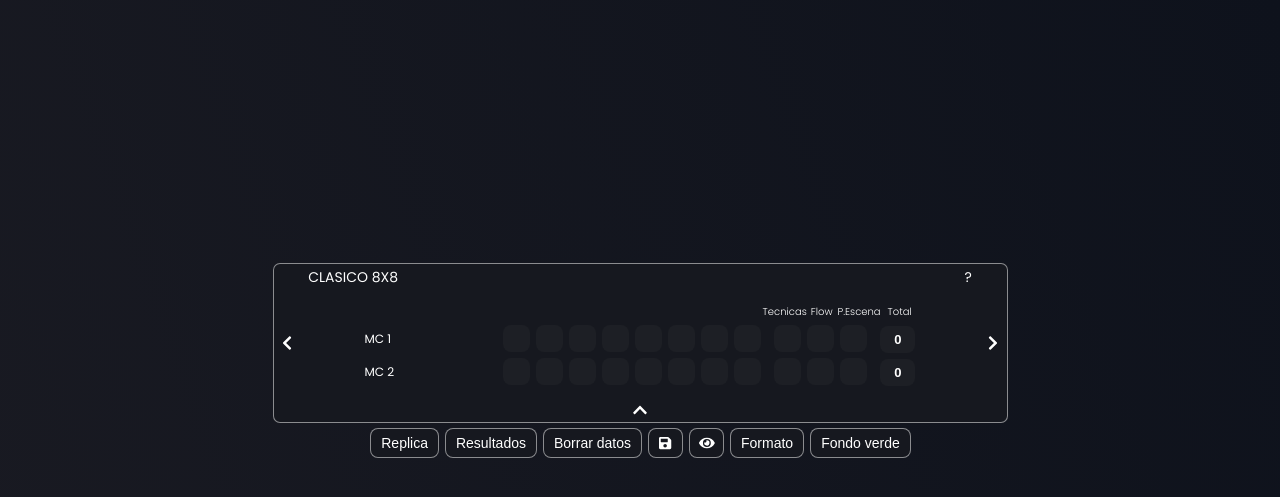
Repository: ezegonzalez912/fmsvotacion2
Page: /vote-window
An editor plug-in stored every save of this project. The page is shown before and after the next save, followed by the edit.
The browser window is 1280 px wide. The pictures show the whole page.
The page's requests for data from a server got no answer. The project was rebuilt for these pictures with package versions that can differ from the ones it lists, and the page was loaded fresh each time. No one was signed in, and anything a server would have sent is missing. Also part of the build but not shown: src/components/NavBar.js, src/components/Curve.js, src/components/screens/AboutScreen.js, src/components/Error.js, src/components/Apoya.js, src/components/screens/MainScreen.js, src/helpers/palabras.js, src/hooks/useWords.js and 23 more.

Above is the page before, as saved 2021-08-17 19:50:38.

After the next save:
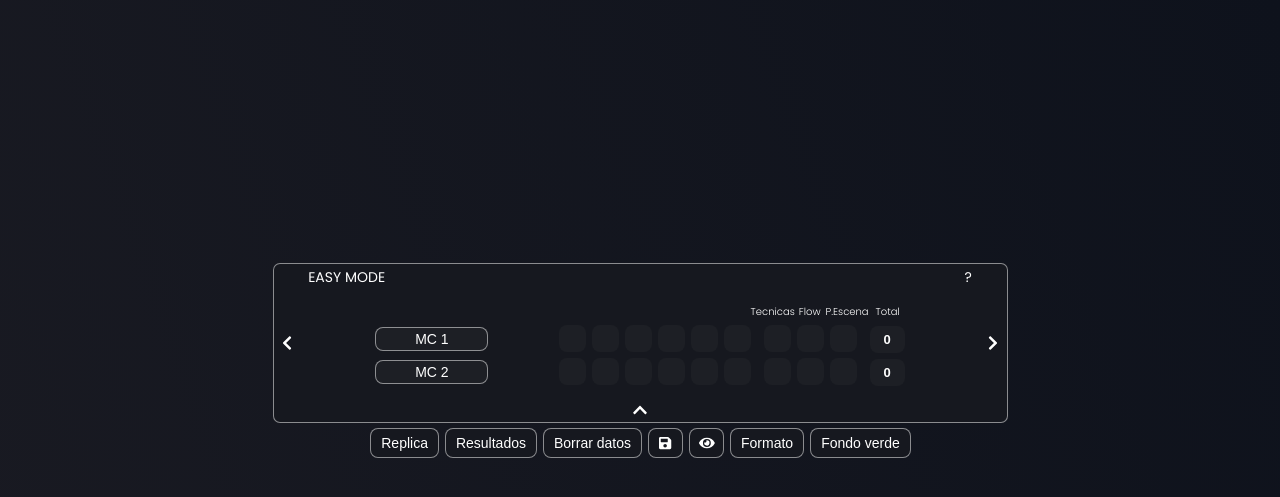
Saved 16 s later.
--- a/src/hooks/useMode.js
+++ b/src/hooks/useMode.js
@@ -3,7 +3,7 @@
 
 export const useMode = () => {
 
-    const [mode, setMode] = useState("CLASICO 8X8")
+    const [mode, setMode] = useState("EASY MODE")
 
     const {formato} = useContext(FormatoContext)
 
